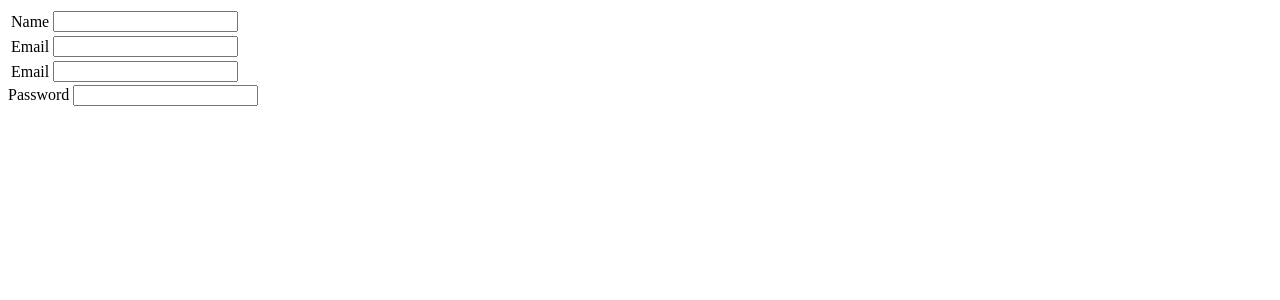
Repository: obusakthi539/Loginform
Page: Login.html
These files come from the project's save history. The page is drawn as it stood at one moment and after the next save; the edit follows.
The browser window is 1280 px wide. The pictures show the whole page.

Above is the page before, as saved 2025-01-10 17:30:25.

### Login.html
<!DOCTYPE html>
<html lang="en">
<head>
    <meta charset="UTF-8">
    <meta name="viewport" content="width=device-width, initial-scale=1.0">
    <title>Document</title>
</head>
<body>
    <div>
        <form action=""></form>
        <table>
            <tr>
                <td> <label for="">Name</label></td>
                <td><input type="text"></td>
            </tr>
            <tr>
                <td><label for="">Email</label></td>
                <td><input type="text"></td>
            </tr>
            <tr>
                <td><label for="">Email</label></td>
                <td><input type="text"></td>
            </tr>
        </table>



        <label for="">Password</label>
        <input type="text">
    </div>
</body>
</html>

After the next save:
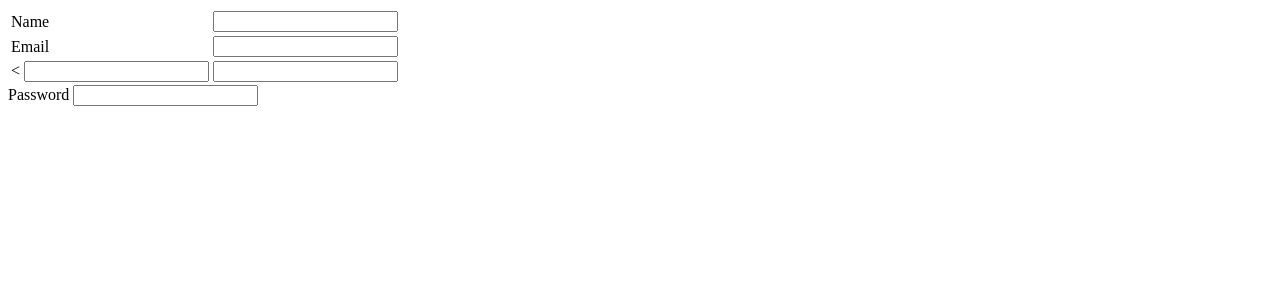
Saved 22 s later.
--- a/Login.html
+++ b/Login.html
@@ -18,7 +18,8 @@
                 <td><input type="text"></td>
             </tr>
             <tr>
-                <td><label for="">Email</label></td>
+                <td><
+                    <input type="text"></td>
                 <td><input type="text"></td>
             </tr>
         </table>
